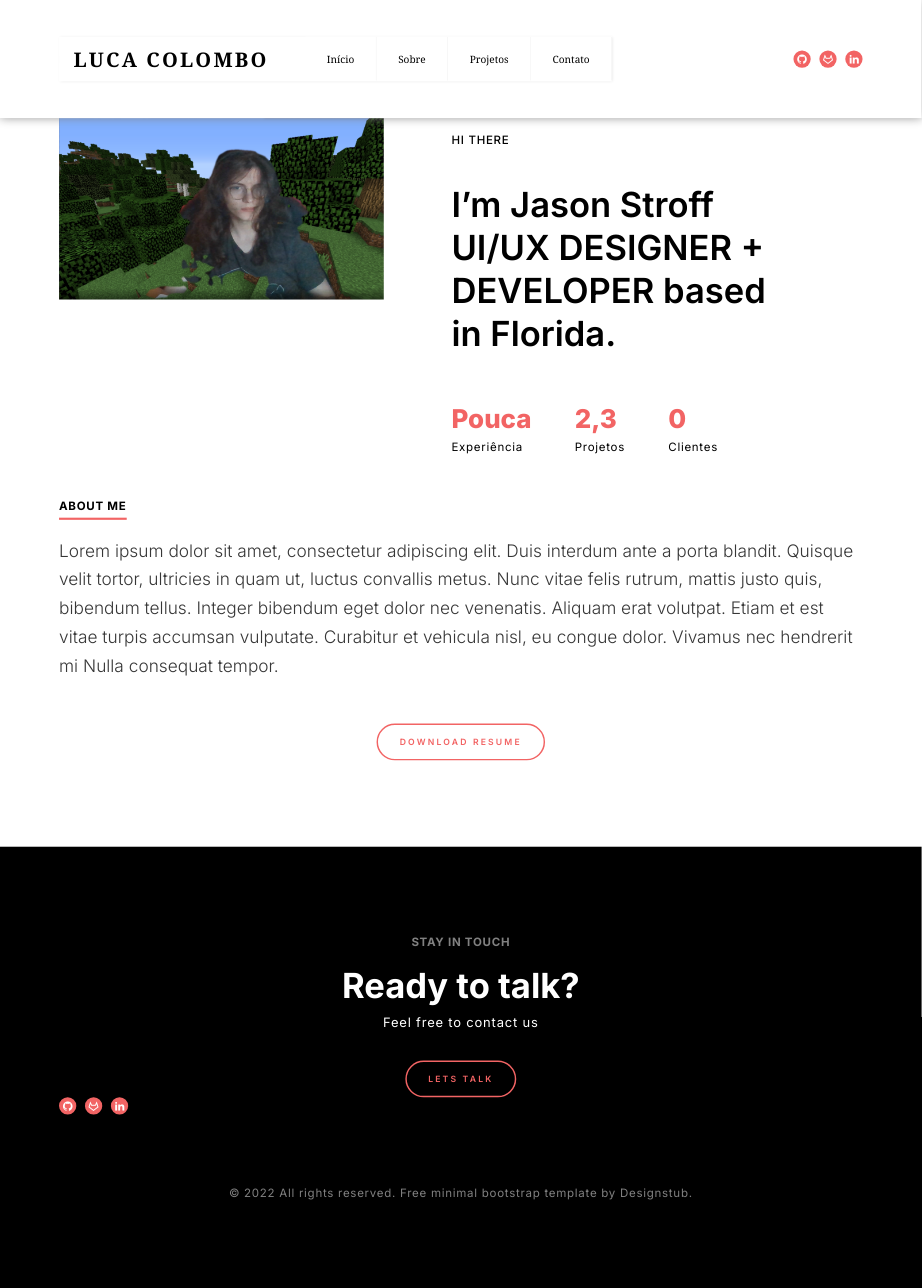
Repository: lxcxcxlxmb/portfolio
Page: index.html
An editor plug-in stored every save of this project. The page is shown before and after the next save, followed by the edit.
The browser window is 1280 px wide. The pictures show the whole page, at 72% of full size.

Above is the page before, as saved 2022-05-24 23:51:29.

### index.html
<!doctype html>
<html lang="pt-BR">

<head>
  <!-- Required meta tags -->
  <meta charset="utf-8">
  <meta name="viewport" content="width=device-width, initial-scale=1">
  <!-- Google Fots -->
  <link rel="preconnect" href="https://fonts.googleapis.com">
  <link rel="preconnect" href="https://fonts.gstatic.com" crossorigin>
  <link href="https://fonts.googleapis.com/css2?family=Inter:wght@100;200;300;400;500;600;700;800;900&display=swap"
    rel="stylesheet">
  <!-- Remixicon Icon -->
  <link href="https://cdn.jsdelivr.net/npm/remixicon@2.5.0/fonts/remixicon.css" rel="stylesheet">
  <!-- Remixicon Icon -->
  <!-- Bootstrap CSS -->
  <link href="https://cdn.jsdelivr.net/npm/bootstrap@5.0.2/dist/css/bootstrap.min.css" rel="stylesheet"
    integrity="sha384-EVSTQN3/azprG1Anm3QDgpJLIm9Nao0Yz1ztcQTwFspd3yD65VohhpuuCOmLASjC" crossorigin="anonymous">
  <link href="https://unpkg.com/aos@2.3.1/dist/aos.css" rel="stylesheet">
  <!-- Main CSS -->
  <link href="styles.css" rel="stylesheet">
  <link rel="stylesheet" href="reset.css">


  <title>portfolio</title>
</head>

<body>

  <!-- header -->
  <header class="ds-header" id="site-header">
    <div class="container">
      <div class="ds-header-inner">
        <!-- logo -->
        <a href="index.html" class="ds-logo">
          <span>L</span>Luca Colombo
        </a>
        <div class="header">
          <a href="index.html" class="logo">Luca Colombo</a>
          <input class="menu-btn" type="checkbox" id="menu-btn" />
          <label class="menu-icon" for="menu-btn"><span class="navicon"></span></label>
          <ul class="menu">
            <li><a href="index.html">Início</a></li>
            <li><a href="sobre.html">Sobre</a></li>
            <li><a href="projetos.html">Projetos</a></li>
            <li><a href="contato.html">Contato</a></li>
          </ul>
        </div>
        <!-- social -->
        <ul class="ds-social">
          <li><a href="https://github.com/lxcxcxlxmb" target="_blank"><i class="ri-github-fill"></i></a></li>
          <li><a href="https://gitlab.com/lxcxcxlxmbx" target="_blank"><i class="ri-gitlab-line"></i></a></li>
          <li><a href="https://www.linkedin.com/in/luca--colombo/" target="_blank"><i class="ri-linkedin-fill"></i></
                </ul>
              <!-- social -->
      </div>
    </div>
  </header>
  <!-- header -->
  <!-- banner -->
  <div class="ds-banner">
    <div class="container">
      <div class="row">
        <div class="col-12 col-sm-12 col-md-5 col-lg-5 col-xl-5 col-xxl-5">
          <figure>
            <img src="eu.png">
          </figure>
        </div>
        <div class="col-12 col-sm-12 col-md-7 col-lg-7 col-xl-7 col-xxl-7">
          <section>
            <h1>
              <span>HI THERE</span>
              I’m Jason Stroff <br> UI/UX DESIGNER + DEVELOPER based in Florida.
            </h1>
            <ul class="ds-numbervalulist">
              <li>
                <strong>Pouca</strong>
                <span>Experiência</span>
              </li>
              <li>
                <strong>2,3</strong>
                <span>Projetos</span>
              </li>
              <li>
                <strong>0</strong>
                <span>Clientes</span>
              </li>
            </ul>
          </section>
        </div>
      </div>
    </div>
  </div>
  <!-- banner -->

  <!-- about -->
  <div class="ds-about-section">
    <div class="container">
      <section>
        <h2 class="ds-heading">About Me</h2>
        <p>Lorem ipsum dolor sit amet, consectetur adipiscing elit. Duis interdum ante a porta blandit. Quisque velit
          tortor, ultricies in quam ut, luctus convallis metus. Nunc vitae felis rutrum, mattis justo quis, bibendum
          tellus. Integer bibendum eget dolor nec venenatis. Aliquam erat volutpat. Etiam et est vitae turpis accumsan
          vulputate. Curabitur et vehicula nisl, eu congue dolor. Vivamus nec hendrerit mi Nulla consequat tempor.</p>
        <div class="ds-button-sec text-center">
          <a href="#" class="ds-button">Download Resume</a>
        </div>
      </section>
    </div>
  </div>
  <!-- about -->

  <!--  footer -->
  <footer class="ds-footer text-center">
    <div class="container">
      <section>
        <span>Stay in touch</span>
        <h4>Ready to talk?</h4>
        <p>Feel free to contact us</p>
        <a href="mailto:luca.colombo@universo.univates.br" class="ds-button">Lets Talk</a>
        <ul class="ds-social">
          <li><a href="https://github.com/lxcxcxlxmb" target="_blank"><i class="ri-github-fill"></i></a></li>
          <li><a href="https://gitlab.com/lxcxcxlxmbx" target="_blank"><i class="ri-gitlab-line"></i></a></li>
          <li><a href="https://www.linkedin.com/in/luca--colombo/" target="_blank"><i class="ri-linkedin-fill"></i></a>
          </li>
        </ul>
      </section>
      <span class="ds-copyright">© 2022 All rights reserved. Free minimal bootstrap template by <a
          href="https://designstub.com/" target="_blank">Designstub</a>.</span>
    </div>
  </footer>

</body>

</html>

### styles.css
/*
Theme Name: Jason Stroff

  1. >>> Headr Style
  2. >>> Banner Style
  3. >>> About Style
  4. >>> Skills Style
  5. >>> Experience Style
  6. >>> Work Style
  7. >>> Footer Style

*/
/*--------------------------------------------------------------
>>> TABLE OF CONTENTS:
----------------------------------------------------------------*/
html {
	font-family: 'Inter', sans-serif;
	background-color: #FFF
}

body {
	font-family: 'Inter', sans-serif;
	overflow-x: hidden;
	background-color: #FFF;
	font-weight: 400;
	font-style: normal;
	color: #373737;
	font-size: 14px
}

a,
a:hover,
a:focus,
i,
input,
button,
input:focus,
.transition {
	text-decoration: none;
	outline: none;
	transition-delay: 0s;
	transition-duration: 0.4s;
	transition-property: all;
	transition-timing-function: ease;
	box-shadow: none;
}

a {
	color: #000
}

iframe {
	border: 0;
	outline: none;
}

::-moz-selection {
	background: #000;
	text-shadow: none;
	color: #FFF
}

::selection {
	background: #000;
	text-shadow: none;
	color: #FFF
}

img {
	max-width: 100%;
	border: none;
	outline: none;
	height: auto;
}

input,
textarea {
	border-radius: 0;
	resize: none;
}

ul {
	padding: 0;
	margin: 0;
}

@font-face {
	font-family: 'Inter', sans-serif;
}

input:-webkit-autofill,
textarea:-webkit-autofill,
select:-webkit-autofill {
	background-color: transparent;
	background-image: none;
	color: #000;
}

/* 1.2 Typography */
h1,
h2,
h3,
h4,
h5,
h6 {
	font-family: 'Inter', sans-serif;
}

figure {
	margin: 0
}

svg,
img {
	max-width: 100%;
	height: auto;
}

/*-----------------------------------------------------------------
  1. >>> Headr Style
----------------------------------------------------------------*/
.ds-header {
	position: relative;
	top: 0;
	width: 100%;
	z-index: 5;
	background-color: #FFF;
	padding: 70px 0;
	transition-delay: 0s;
	transition-duration: 0.4s;
	transition-property: all;
	transition-timing-function: ease;
	box-shadow: 0 0 1em #858585;
	display: flex;
	align-items: center;
	justify-content: space-between;
}

.ds-header.ds-fixed-header {
	padding: 20px 0;
	box-shadow: 0px 0px 20px rgba(0, 0, 0, 0.25);
}

.ds-header-inner {
	display: flex;
	justify-content: space-between;
	align-items: center;
}

.logo {
	font-family:Georgia, 'Times New Roman', Times, serif;
	text-transform: uppercase;
	font-weight: bold;
	font-size: 18px;
	letter-spacing: 3px;
	color: #000;
	display: flex;
	align-items: center;
	flex-wrap: nowrap;
}

.logo span {
	display: flex;
	align-items: center;
	justify-content: center;
	width: 40px;
	height: 40px;
	background-color: #000;
	border-radius: 4px;
	color: #FFF;
	font-size: 22px;
	font-weight: 600;
	text-align: center;
}

.logo:hover {
	color: #F26464;
}

.ds-social {
	list-style: none;
	display: flex;
	align-items: center;
	flex-wrap: wrap;
}

.ds-social li {
	margin-left: 12px;
}

.ds-social li:first-child {
	margin-left: 0;
}

.ds-social li a {
	border-radius: 100%;
	color: #FFF;
	width: 24px;
	height: 24px;
	background-color: #F26464;
	display: flex;
	justify-content: center;
	align-items: center;
	text-align: center;
	font-size: 16px;
}

.ds-social li a:hover {
	background-color: #000;
	color: #FFF;
}

/*.ds-navbar {
	display: inline-block;
	color: #373737;
	font-size: 16px;
	padding: 10px 20px;
	background-color: #FFF;
	margin-right: 15px;
	margin-bottom: 15px;
	margin-top: 15px;
	font-weight: 500;
}*/

.activ {
	color: #fff;
	background-color: #FF0077;
}

.inactiv {
	color: #494949;
}

.inactiv:hover {
	color: #FF0077;
}

.header {
	background-color: #fff;
	box-shadow: 1px 1px 4px 0 rgba(0,0,0,.1);
	position: absolute;
	align-items: center;
	vertical-align: middle;
	width: 60%;
	z-index: 3;
  }

  .header ul {
	margin: 0;
	padding: 0;
	font-family:Georgia, 'Times New Roman', Times, serif;
	list-style: none;
	overflow: hidden;
	background-color: #fff;
  }

  .header li a {
	display: block;
	padding: 20px 20px;
	border-right: 1px solid #f4f4f4;
	text-decoration: none;
  }

  .header li a:hover,
  .header .menu-btn:hover {
	background-color: #f4f4f4;
	color: #F26464;
  }

  .header .logo {
	display: block;
	float: left;
	font-size: 2em;
	padding: 10px 20px;
	text-decoration: none;
  }

  /* menu */

  .header .menu {
	clear: both;
	max-height: 0;
	transition: max-height .2s ease-out;
  }

  /* menu icon */

  .header .menu-icon {
	cursor: pointer;
	display: inline-block;
	float: right;
	padding: 28px 20px;
	position: relative;
	user-select: none;
  }

  .header .menu-icon .navicon {
	background: #333;
	display: block;
	height: 2px;
	position: relative;
	transition: background .2s ease-out;
	width: 18px;
  }

  .header .menu-icon .navicon:before,
  .header .menu-icon .navicon:after {
	background: #333;
	content: '';
	display: block;
	height: 100%;
	position: absolute;
	transition: all .2s ease-out;
	width: 100%;
  }

  .header .menu-icon .navicon:before {
	top: 5px;
  }

  .header .menu-icon .navicon:after {
	top: -5px;
  }

  /* menu btn */

  .header .menu-btn {
	display: none;
  }

  .header .menu-btn:checked ~ .menu {
	max-height: 240px;
  }

  .header .menu-btn:checked ~ .menu-icon .navicon {
	background: transparent;
  }

  .header .menu-btn:checked ~ .menu-icon .navicon:before {
	transform: rotate(-45deg);
  }

  .header .menu-btn:checked ~ .menu-icon .navicon:after {
	transform: rotate(45deg);
  }

  .header .menu-btn:checked ~ .menu-icon:not(.steps) .navicon:before,
  .header .menu-btn:checked ~ .menu-icon:not(.steps) .navicon:after {
	top: 0;
  }

  /* 48em = 768px */

  @media (min-width: 48em) {
	.header li {
	  float: left;
	}
	.header li a {
	  padding: 20px 30px;
	}
	.header .menu {
	  clear: none;
	  float: right;
	  max-height: none;
	}
	.header .menu-icon {
	  display: none;
	}
  }

/*-----------------------------------------------------------------
  2. >>> Banner Style
----------------------------------------------------------------*/
.ds-banner section {
	padding-left: 70px;
	padding-right: 100px;
}

.ds-banner section h1 span {
	display: block;
	text-transform: uppercase;
	letter-spacing: 1px;
	font-weight: 500;
	font-size: 16px;
	padding-bottom: 30px;
}

.ds-banner section h1 {
	font-weight: 600;
	font-size: 48px;
	line-height: 60px;
	color: #000;
}

.ds-numbervalulist {
	list-style: none;
	display: flex;
	align-items: center;
	flex-wrap: wrap;
	margin: 0;
	padding: 0;
	margin-top: 60px;
}

.ds-numbervalulist li {
	margin-right: 60px;
}

.ds-numbervalulist li:last-child {
	margin-right: 0;
}

.ds-numbervalulist strong {
	display: block;
	color: #F26464;
	font-size: 36px;
	font-weight: 800;
}

.ds-numbervalulist span {
	font-size: 16px;
	letter-spacing: 1px;
}

/*-----------------------------------------------------------------
  3. >>> About Style
----------------------------------------------------------------*/
.ds-about-section {
	padding-top: 60px;
	padding-bottom: 120px;
}

.ds-heading {
	display: inline-block;
	font-weight: 700;
	color: #000;
	text-transform: uppercase;
	letter-spacing: 1px;
	font-size: 16px;
	border-bottom: 3px solid #F26464;
	padding-bottom: 7px;
	margin-bottom: 23px;
}

.ds-about-section p {
	color: #373737;
	font-size: 24px;
	line-height: 40px;
	font-weight: 300;
	margin-bottom: 60px;
}

.ds-button {
	display: inline-block;
	text-transform: uppercase;
	font-size: 12px;
	line-height: 13px;
	font-weight: 600;
	letter-spacing: 3px;
	color: #F26464;
	padding: 17px 30px;
	border: 2px solid #F26464;
	border-radius: 60px;
}

.ds-button:hover {
	background-color: #F26464;
	color: #FFF;
}

.ds-arrow-button i {
	display: inline-block;
	vertical-align: middle;
}

/*-----------------------------------------------------------------
  4. >>> Skills Style
----------------------------------------------------------------*/
.ds-skills-section {
	padding-bottom: 105px;
}

.ds-skills-list {
	list-style: none;
	padding: 0;
	margin: 0;
	display: flex;
	flex-wrap: wrap;
	align-items: center;
	margin-top: 11px;
}

.ds-skills-list li {
	display: inline-block;
	color: #373737;
	font-size: 16px;
	padding: 10px 20px;
	background-color: #FFF;
	border: 1px solid #D7D7D7;
	border-radius: 27px;
	margin-right: 15px;
	margin-bottom: 15px;
	font-weight: 500;
}

/*-----------------------------------------------------------------
  5. >>> Experience Style
----------------------------------------------------------------*/
.ds-experience-section {
	padding-bottom: 120px;
}

.ds-experience-list section {
	padding-right: 70px;
}

.ds-experience-list {
	padding-top: 15px;
}

.ds-officename {
	font-size: 24px;
	font-weight: 300;
	margin-bottom: 10px;
}

.ds-experience-list span {
	display: block;
}

span.ds-year {
	color: #373737;
	font-size: 14px;
	font-weight: 700;
	padding-bottom: 10px;
}

span.ds-department {
	color: #373737;
	font-weight: 500;
	font-size: 18px;
	padding-bottom: 30px;
}

.ds-experience-list p {
	font-size: 16px;
	line-height: 24px;
	font-weight: 300;
}

.ds-experience-list ul {
	list-style: none;
	padding: 0;
	margin: 0;
	padding-top: 10px;
}

.ds-experience-list ul li {
	font-size: 16px;
	line-height: 24px;
	font-weight: 300;
	padding-left: 28px;
	position: relative;
	margin-bottom: 20px;
}

.ds-experience-list ul li:before {
	content: "";
	position: absolute;
	left: 0;
	top: 10px;
	border-radius: 100%;
	width: 8px;
	height: 8px;
	background-color: #373737;
}

/*-----------------------------------------------------------------
  6. >>> Work Style
----------------------------------------------------------------*/
.ds-work-section {
	padding-bottom: 80px;
}

.ds-work-list {
	padding-left: 70px;
	padding-top: 40px;
	padding-right: 70px;
	background-color: #F6F8FA;
	margin-bottom: 40px;
}

.ds-work-list section {
	padding-top: 20px;
	padding-right: 120px;
}

.ds-work-tilte {
	color: #000;
	font-size: 30px;
	line-height: 36px;
	font-weight: 600;
	margin-bottom: 30px;
}

.ds-work-list p {
	font-weight: 300;
	font-size: 18px;
	line-height: 30px;
}

.ds-work-list .ds-button {
	margin-top: 20px;
}

.ds-work-det-hed {
	padding-top: 42px;
	padding-bottom: 80px;
}

.ds-work-det-title {
	font-weight: 600;
	color: #000;
	font-size: 48px;
	margin-bottom: 20px;
}

.ds-work-det-dep {
	display: block;
	font-weight: 600;
	color: #000;
	font-size: 18px;
}

.ds-work-content-sec {
	padding: 100px 0;
}

.ds-work-content-sec p {
	font-size: 18px;
	line-height: 36px;
	margin-bottom: 30px;
}

.ds-work-content-sec h2 {
	font-size: 30px;
	font-weight: 700;
	margin-bottom: 30px;
}

.ds-work-content-sec ul {
	list-style: none;
	padding: 0;
	margin: 0;
}

.ds-work-content-sec li {
	font-size: 18px;
	line-height: 36px;
	padding-left: 28px;
	position: relative;
	margin-bottom: 20px;
}

.ds-work-content-sec li:before {
	content: "";
	position: absolute;
	left: 0;
	top: 13px;
	border-radius: 100%;
	width: 8px;
	height: 8px;
	background-color: #373737;
}

/*-----------------------------------------------------------------
  7. >>> Footer Style
----------------------------------------------------------------*/
.ds-footer {
	background-color: #000;
	padding: 120px 0;
}

.ds-footer section {
	padding-bottom: 97px;
}

.ds-footer section span {
	color: rgba(255, 255, 255, 0.5);
	text-transform: uppercase;
	font-weight: 700;
	font-size: 16px;
	letter-spacing: 1px;
	display: block;
	padding-bottom: 20px;
}

.ds-footer section h4 {
	color: #FFF;
	font-size: 48px;
	font-weight: 700;
}

.ds-footer section p {
	letter-spacing: 1.13px;
	color: #FFF;
	font-size: 18px;
	margin-bottom: 40px;
}

.ds-copyright {
	color: rgba(255, 255, 255, 0.5);
	letter-spacing: 1px;
	font-size: 16px;
}

.ds-copyright a {
	color: rgba(255, 255, 255, 0.5);
}

.ds-copyright a:hover {
	color: #F26464;
}



/*-------------------------------------------------------------------------------
 Responsive XS Style @media (max-width: 767px)
-------------------------------------------------------------------------------*/
@media (max-width: 768px) {

	.ds-header,
	.ds-header.ds-fixed-header {
		padding: 15px 0;
	}

	.ds-banner,
	.ds-about-section,
	.ds-skills-section,
	.ds-experience-section,
	.ds-work-section,
	.ds-work-details-section {
		padding-left: 10px;
		padding-right: 10px;
	}

	/*.ds-logo {
		font-size: 0;
	}*/

	.ds-banner figure {
		padding: 30px 0;
	}

	.ds-banner section {
		padding-left: 0;
		padding-right: 0;
	}

	.ds-banner section h1 span {
		padding-bottom: 0;
	}

	.ds-banner section h1,
	.ds-work-det-title {
		font-size: 30px;
		line-height: 40px;
	}

	.ds-numbervalulist {
		margin-top: 20px;
	}

	.ds-numbervalulist li {
		margin-right: 30px;
	}

	.ds-numbervalulist strong {
		font-size: 30px;
	}

	.ds-numbervalulist span {
		font-size: 14px;
	}

	.ds-about-section {
		padding-bottom: 60px;
	}

	.ds-about-section p,
	.ds-work-content-sec p,
	.ds-work-content-sec li {
		font-size: 15px;
		line-height: 30px;
		margin-bottom: 30px;
	}

	.ds-skills-list li {
		margin-right: 10px;
		margin-bottom: 10px;
		font-size: 14px;
	}

	.ds-skills-section .col-12,
	.ds-experience-list .col-12 {
		margin-bottom: 40px;
	}

	.ds-skills-section,
	.ds-work-section,
	.ds-experience-section {
		padding-bottom: 0;
	}

	.ds-experience-list section {
		padding-right: 0;
	}

	.ds-work-list {
		padding: 30px;
	}

	.ds-work-list p {
		font-size: 15px;
		line-height: 30px;
	}

	.ds-footer {
		padding: 60px 10px;
	}

	.ds-footer section h4 {
		font-size: 40px;
	}

	.ds-copyright {
		font-size: 14px;
	}

	.ds-footer section {
		padding-bottom: 30px;
	}

	.ds-button {
		padding: 11px 10px;
	}

	.ds-work-details-section {
		padding-top: 30px;
	}

	.ds-work-det-title {
		margin-bottom: 7px;
	}

	.ds-work-content-sec h2 {
		font-size: 20px;
	}

	.ds-work-content-sec {
		padding: 30px 0;
	}

	.ds-work-list section {
		padding-right: 0;
		padding-bottom: 30px;
	}
}


@media (min-width: 768px) and (max-width: 991px) {
	.ds-work-list section {
		padding-right: 30px;
	}

}

@media (min-width: 992px) and (max-width: 1199px) {
	.ds-banner section {
		padding-right: 0;
	}

	.ds-work-list section {
		padding-right: 30px;
		padding-bottom: 60px;
	}


}

### reset.css
/*
html, body, div, span, applet, object, iframe,
h1, h2, h3, h4, h5, h6, p, blockquote, pre,
a, abbr, acronym, address, big, cite, code,
del, dfn, em, img, ins, kbd, q, s, samp,
small, strike, strong, sub, sup, tt, var,
b, u, i, center,
dl, dt, dd, ol, ul, li,
fieldset, form, label, legend,
table, caption, tbody, tfoot, thead, tr, th, td,
article, aside, canvas, details, embed,
figure, figcaption, footer, header, hgroup,
menu, nav, output, ruby, section, summary,
time, mark, audio, video {
	margin: 0;
	padding: 0;
	border: 0;
	font-size: 100%;
	font: inherit;
	vertical-align: baseline;
}
/* HTML5 display-role reset for older browsers */
/*
article, aside, details, figcaption, figure,
footer, header, hgroup, menu, nav, section {
	display: block;
}
body {
	line-height: 1;
}
ol, ul {
	list-style: none;
}
blockquote, q {
	quotes: none;
}
blockquote:before, blockquote:after,
q:before, q:after {
	content: '';
	content: none;
}
table {
	border-collapse: collapse;
	border-spacing: 0;
}*/

After the next save:
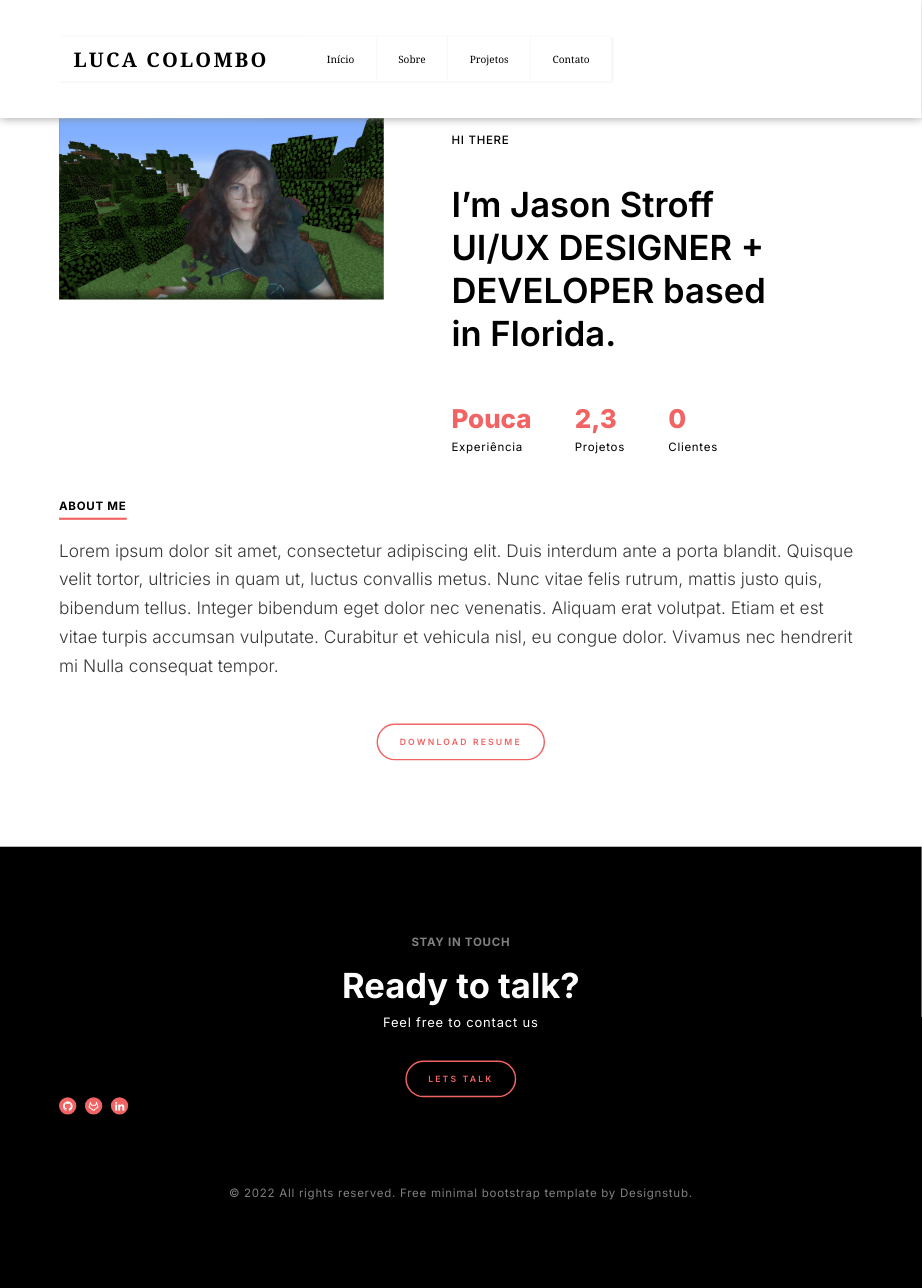
Saved 90 s later.
--- a/index.html
+++ b/index.html
@@ -50,7 +50,7 @@
         <ul class="ds-social">
           <li><a href="https://github.com/lxcxcxlxmb" target="_blank"><i class="ri-github-fill"></i></a></li>
           <li><a href="https://gitlab.com/lxcxcxlxmbx" target="_blank"><i class="ri-gitlab-line"></i></a></li>
-          <li><a href="https://www.linkedin.com/in/luca--colombo/" target="_blank"><i class="ri-linkedin-fill"></i></
+          <li><a href="https://www.linkedin.com/in/luca--colombo/" target="_blank"><i class="ri-linkedin-fill"></i>
                 </ul>
               <!-- social -->
       </div>
